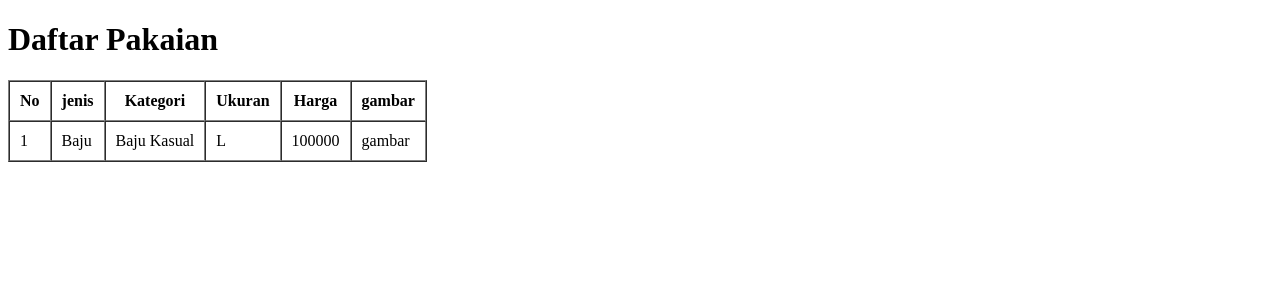
Repository: NovianRI/NovianRI.github.io
Page: http://localhost/
These files come from the project's save history. The page is drawn as it stood at one moment and after the next save; the edit follows.
The browser window is 1280 px wide. The pictures show the whole page.
The page is run by PHP 8.4 with error messages shown; the project is at /var/www/html/.

Above is the page before, as saved 2024-01-15 23:21:18.

After the next save:
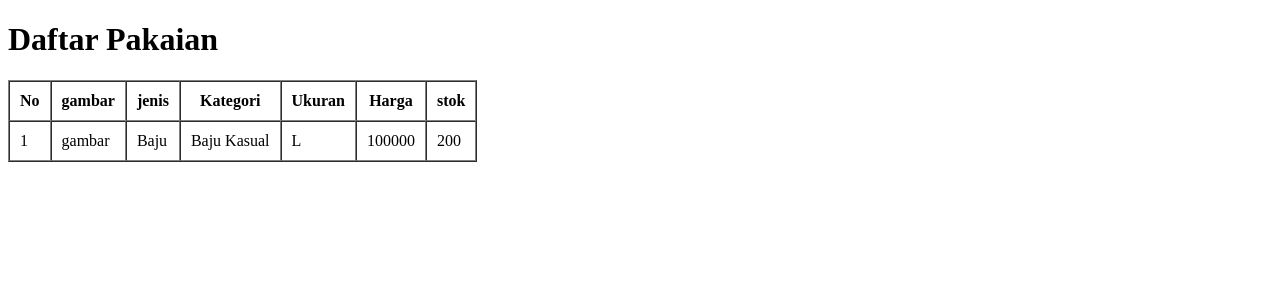
Saved 7 min 3 s later.
--- a/index.php
+++ b/index.php
@@ -12,18 +12,21 @@
     <table border="1" cellpadding="10" cellspacing="0">
         <tr>
             <th>No</th>
+            <th>gambar</th>
             <th>jenis</th>
             <th>Kategori</th>
             <th>Ukuran</th>
             <th>Harga</th>
-            <th>gambar</th>
+            <th>stok</th>
         </tr>
             <td>1</td>
+            <td>gambar</td>
             <td>Baju</td>
             <td>Baju Kasual</td>
             <td>L</td>
             <td>100000</td>
-            <td>gambar</td>
+            <td>200</td>
+
     </table>
 
 </body>
